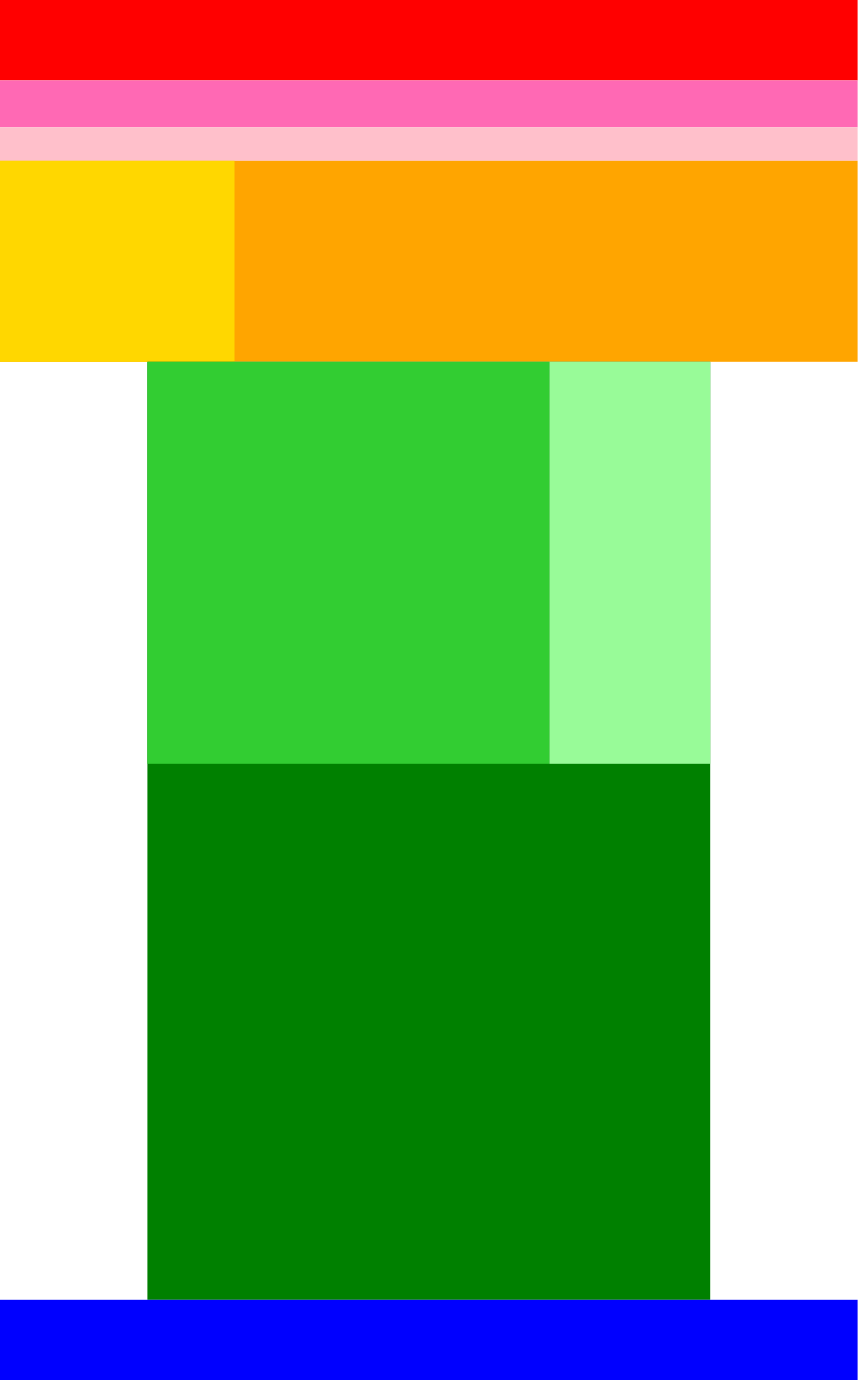
Repository: kowatann/sample_app
Page: caravan/index.html
The author's editor kept a record of every edit. The page is drawn from the files as they stood at one moment, then again after the next edit.
The browser window is 1280 px wide. The pictures show the whole page, at 67% of full size.

Above is the page before.

After the next edit:
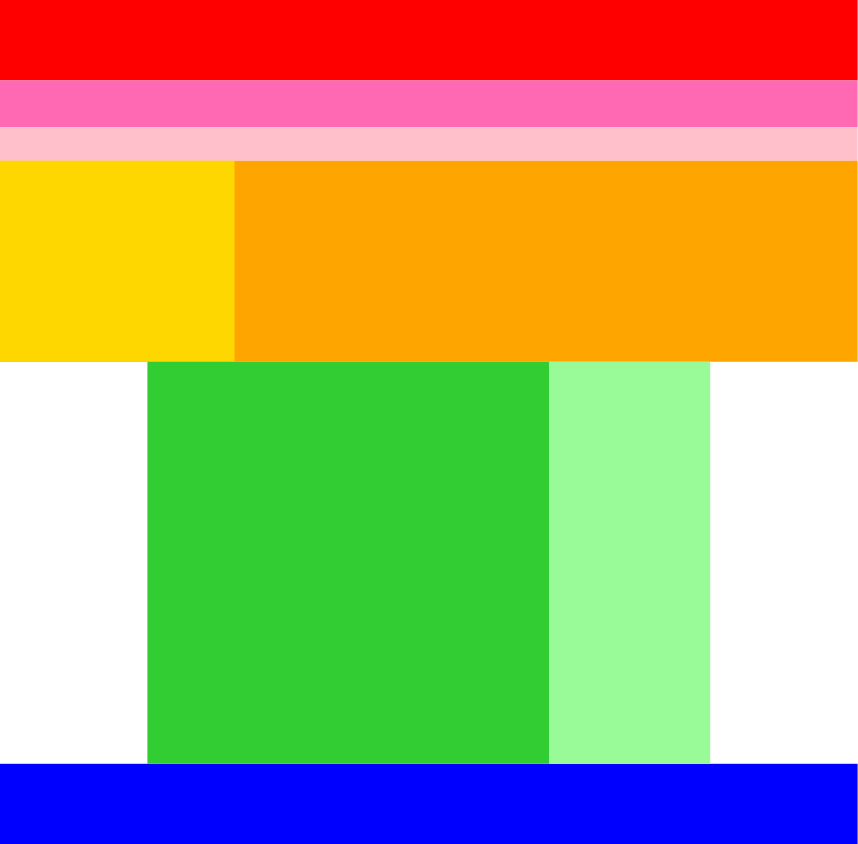
The edit:
--- a/caravan/style.css
+++ b/caravan/style.css
@@ -36,8 +36,6 @@
 
 .main {
   width: 840px;
-  height: 1400px;
-  background-color: green;
   display: flex;
   justify-content: center;
   margin: 0 auto;
